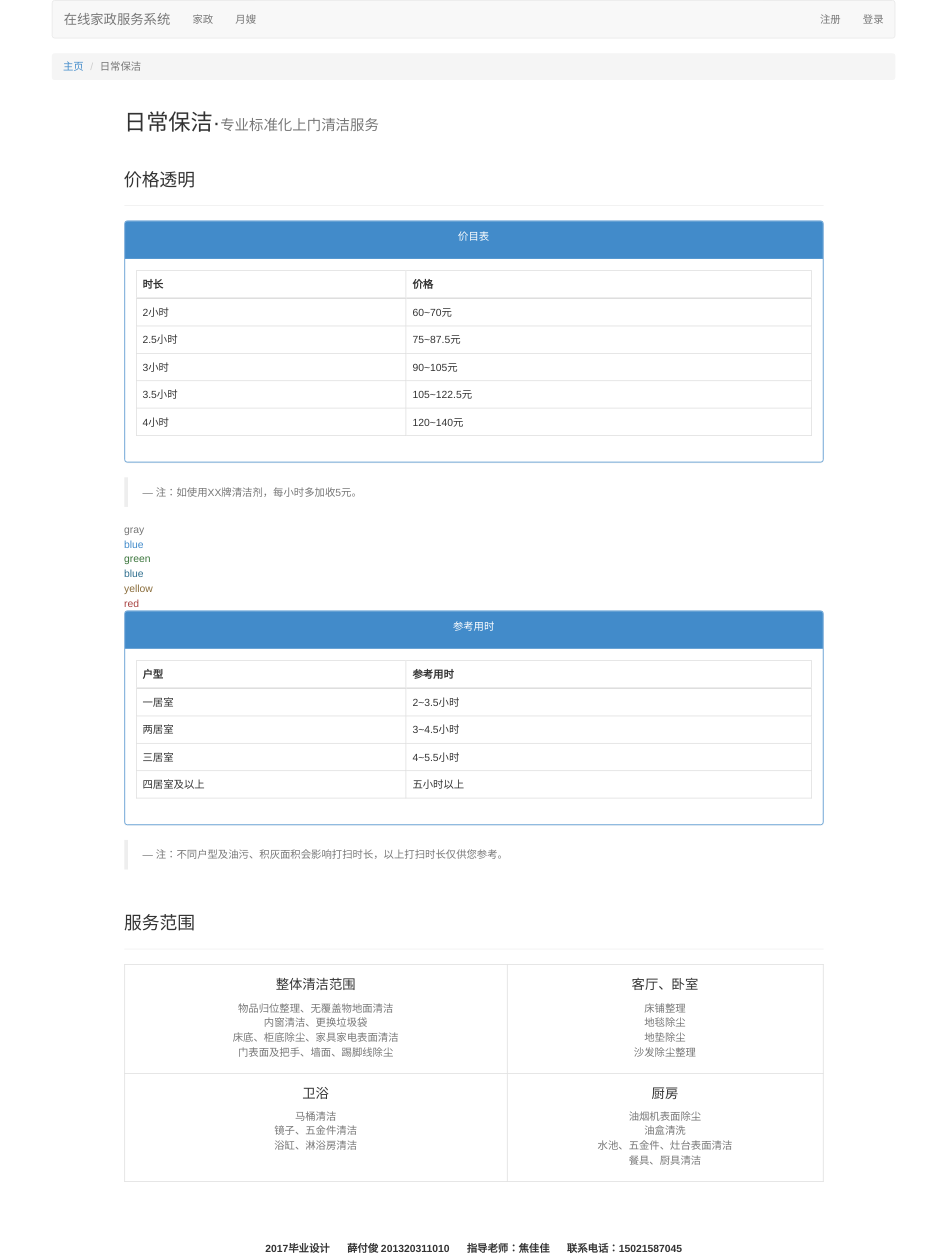
Repository: ELeonCXFJ/MyEclipseWS
Page: http://localhost/MyWeb/jsps/product/keeper/dailywork.jsp
An editor plug-in stored every save of this project. The page is shown before and after a run of saves, followed by the edit.
The browser window is 1280 px wide. The pictures show the whole page, at 74% of full size.
The page is served by Tomcat 9. Nobody is signed in. The application's start-up code is not run. Other server files are loaded and not shown.

Above is the page before, as saved 2017-03-22 09:59:48.

### MyWeb/WebRoot/jsps/product/keeper/dailywork.jsp
<%@ page trimDirectiveWhitespaces="true" language="java" import="java.util.*" pageEncoding="UTF-8"%>
<%@ taglib prefix="c" uri="http://java.sun.com/jsp/jstl/core" %>

<!DOCTYPE html>
<html>
<head>
   <meta charset="utf-8">
   <title>日常保洁</title>
   <script src="<c:url value='/vendor/jquery/jquery.min.js'/>"></script>
   <script src="<c:url value='/vendor/bootstrap/js/bootstrap.min.js'/>"></script>
   <link rel="stylesheet" href="<c:url value='/vendor/bootstrap/css/bootstrap.min.css'/>" />

</head>
<body>

<div class="container">
	<div class="row clearfix">
	<c:import url="/top.jsp" />
	<div class="col-lg-12 col-md-12 col-xs-12 col-sm-12">
		<ol class="breadcrumb">
		    <li><a href="<c:url value='/index.jsp'/>">主页</a></li>
		    <li class="active">日常保洁</li>
		</ol>
	</div>
		<div class="col-md-1"></div>
		<div class="col-lg-10 col-md-10 col-xs-10 col-sm-10">
			<h2>日常保洁·<small>专业标准化上门清洁服务</small></h2>
			<br/>
			<h3>价格透明</h3>
			<hr>
			<div class="panel panel-primary">
				<div class="panel-heading">
					<p align="center">价目表</p>
				</div>
				<div class="panel-body">
					<table class="table table-bordered table-hover">
						<thead>
							<tr>
								<th width="40%">时长</th>
								<th>价格</th>
							</tr>
						</thead>
						<tr>
							<td>2小时</td>
							<td>60~70元</td>
						</tr>
						<tr>
							<td>2.5小时</td>
							<td>75~87.5元</td>
						</tr>
						<tr>
							<td>3小时</td>
							<td>90~105元</td>
						</tr>
						<tr>
							<td>3.5小时</td>
							<td>105~122.5元</td>
						</tr>
						<tr>
							<td>4小时</td>
							<td>120~140元</td>
						</tr>
					</table>
				</div>
			</div>
		<blockquote><small>注：如使用XX牌清洁剂，每小时多加收5元。</small></blockquote>
			<div class="text-muted">gray</div>
			<div class="text-primary">blue</div>
			<div class="text-success">green</div>
			<div class="text-info">blue</div>
			<div class="text-warning">yellow</div>
			<div class="text-danger">red</div>
			<div class="panel panel-primary">
				<div class="panel-heading">
					<p align="center">参考用时</p>
				</div>
				<div class="panel-body">
					<table class="table table-bordered table-hover">
						<thead>
							<tr>
								<th width="40%">户型</th>
								<th>参考用时</th>
							</tr>
						</thead>
						<tr>
							<td>一居室</td>
							<td>2~3.5小时</td>
						</tr>
						<tr>
							<td>两居室</td>
							<td>3~4.5小时</td>
						</tr>
						<tr>
							<td>三居室</td>
							<td>4~5.5小时</td>
						</tr>
						<tr>
							<td>四居室及以上</td>
							<td>五小时以上</td>
						</tr>
					</table>
				</div>
			</div> <!-- 参考时长 -->
		<blockquote><small>注：不同户型及油污、积灰面积会影响打扫时长，以上打扫时长仅供您参考。</small></blockquote>
		</br>
		<h3>服务范围</h3>
		<hr>
		<table class="table table-bordered">
			<tr>
				<td align="center">
					<h4>整体清洁范围</h4>
					<p class="text-muted">
						物品归位整理、无覆盖物地面清洁</br>
						内窗清洁、更换垃圾袋</br>
						床底、柜底除尘、家具家电表面清洁</br>
						门表面及把手、墙面、踢脚线除尘</br>
						</p>
				</td>
				<td align="center">
					<h4>客厅、卧室</h4>
					<p class="text-muted">
						床铺整理</br>
						地毯除尘</br>
						地垫除尘</br>
						沙发除尘整理</br>
					</p>
				</td>
			</tr>
			<tr>
				<td align="center">
					<h4>卫浴</h4>
					<p class="text-muted">
						马桶清洁</br>
						 镜子、五金件清洁</br>
						 浴缸、淋浴房清洁</br>
					</p>
				</td>
				<td align="center">
					<h4>厨房</h4>
					<p class="text-muted">
						油烟机表面除尘</br>
						油盒清洗</br>
						水池、五金件、灶台表面清洁</br>
						餐具、厨具清洁</br>
					</p>
				</td>
			</tr>
		</table>
	</div>
	</div>
</div>	<!-- container -->
	<c:import url="/bottom.jsp"></c:import>
</body>
</html>

### MyWeb/WebRoot/top.jsp
<%@ page language="java" import="java.util.*" pageEncoding="UTF-8"%>
<%@ taglib prefix="c" uri="http://java.sun.com/jsp/jstl/core" %>

<!DOCTYPE html>
<html>
<head>
   <meta charset="utf-8">
   <title>导航栏</title>
</head>
<body>

<div class="container" align="center">
	<div class="row clearfix">
		<div class="col-lg-12 col-md-12 col-xs-12 col-sm-12">
			<nav class="navbar navbar-default" role="navigation">
				<div class="navbar-header">
					 <button type="button" class="navbar-toggle" data-toggle="collapse" data-target="#bs-example-navbar-collapse-1"> <span class="sr-only">Toggle navigation</span><span class="icon-bar"></span><span class="icon-bar"></span><span class="icon-bar"></span></button> <a class="navbar-brand" href="<c:url value='/index.jsp'/>">在线家政服务系统</a>
				</div>
				<div class="collapse navbar-collapse" id="bs-example-navbar-collapse-1">
					<ul class="nav navbar-nav">
						<li >
							 <a href="#">家政</a>
						</li>
						<li>
							 <a href="#">月嫂</a>
						</li>
					</ul>
					<ul class="nav navbar-nav navbar-right">
					<c:choose>
						<c:when test="${empty sessionScope.sessionUser }">
							<li>
								 <a href="<c:url value='/jsps/user/register.jsp'/>">注册</a>
							</li>
							<li>
								<a href="<c:url value='/jsps/user/login.jsp' />">登录</a>
							</li>
						</c:when>

						<c:otherwise>
							<li>
								 <a href="<c:url value='/OrderServlet?method=getMyOrder'/>">我的订单</a>
							</li>
							<li>
								 <a href="<c:url value='/jsps/user/pwd.jsp'/>">修改密码</a>
							</li>
							<li>
								 <a href="#">购物车</a>
							</li>
							<li>
								<a href="<c:url value="/UserServlet?method=exit"/>">退出</a>
							</li>
						</c:otherwise>
					</c:choose>
					</ul>
				</div>
			</nav>
		</div>
	</div>
</div>
</body>

### MyWeb/WebRoot/bottom.jsp
<%@ page language="java" import="java.util.*" pageEncoding="UTF-8"%>
<%@ taglib prefix="c" uri="http://java.sun.com/jsp/jstl/core" %>

<!DOCTYPE html>
<html>
<head>
   <meta charset="utf-8">
   <title>页脚</title>
</head>
<body>

	<div align="center">
		<label for=“bottom"></br></br></br>2017毕业设计&nbsp;&nbsp;&nbsp;&nbsp;&nbsp;&nbsp;薛付俊 201320311010&nbsp;&nbsp;&nbsp;&nbsp;&nbsp;&nbsp;指导老师：焦佳佳&nbsp;&nbsp;&nbsp;&nbsp;&nbsp;&nbsp;联系电话：15021587045</label>
	</div>
	<div style="display:none;">
		<label for="hide">bootstrapvalidator引用自：https://github.com/nghuuphuoc/bootstrapvalidator</label>
	</div>
</body>

After the next 2 saves:
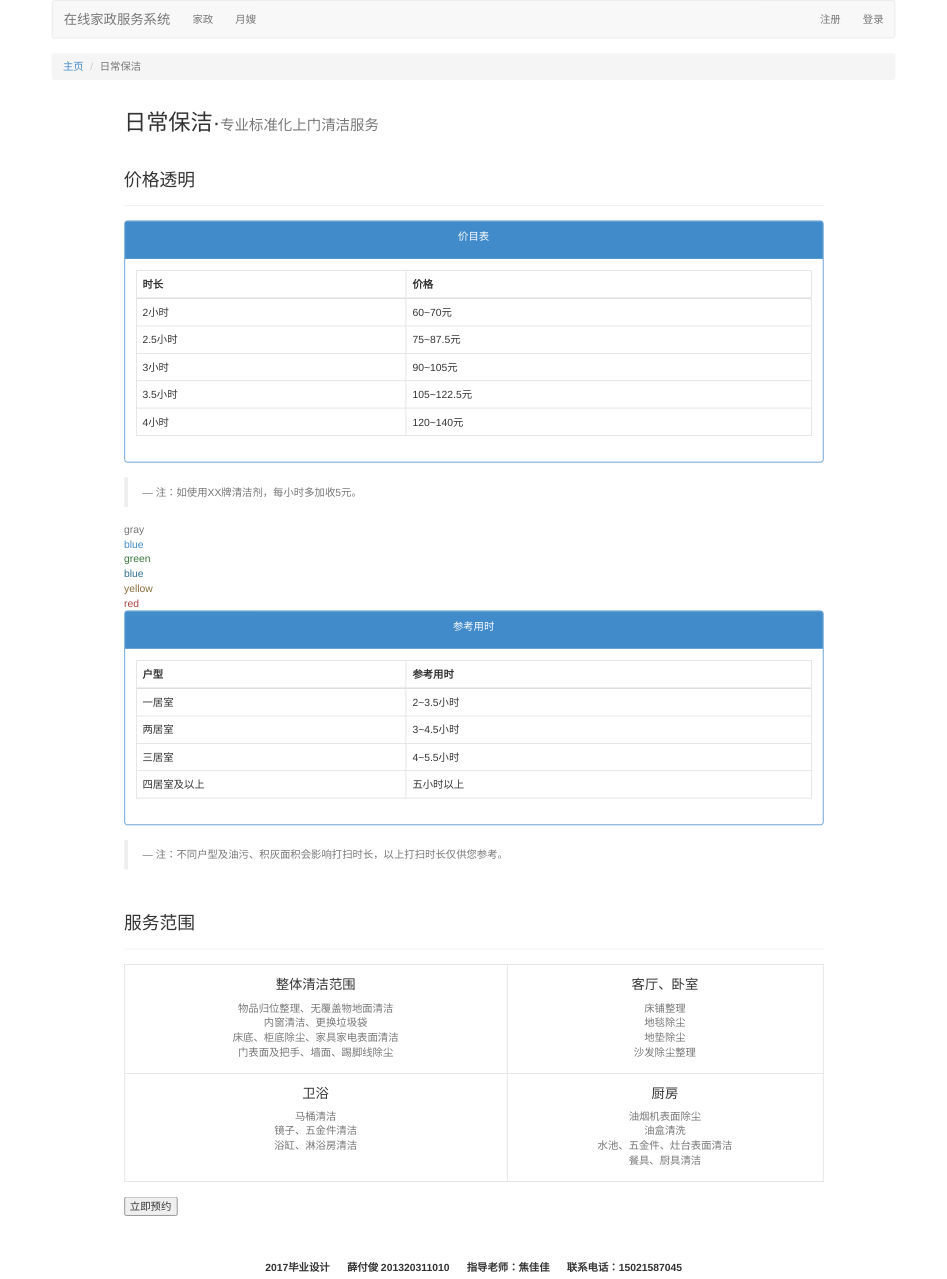
The 2 saves are shown as one change because they came seconds apart.
The last was saved 26 s later.
--- a/MyWeb/WebRoot/jsps/product/keeper/dailywork.jsp
+++ b/MyWeb/WebRoot/jsps/product/keeper/dailywork.jsp
@@ -146,6 +146,8 @@
 				</td>
 			</tr>
 		</table>
+
+		<button class="button-primary">立即预约</button>
 	</div>
 	</div>
 </div>	<!-- container -->
